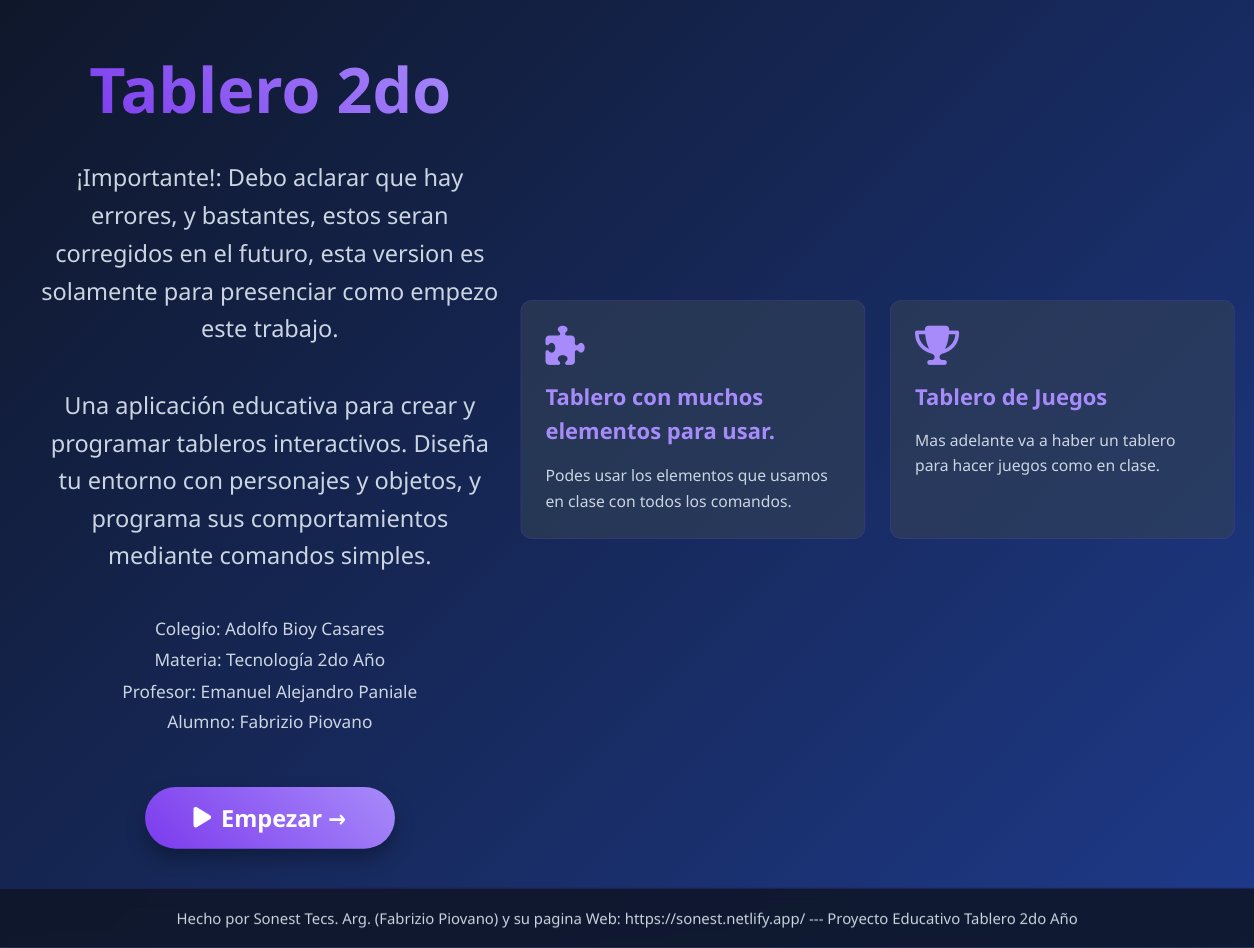
Repository: FabriDevelope/tablero2do
Page: index.html
An editor plug-in stored every save of this project. The page is shown before and after the next save, followed by the edit.
The browser window is 1280 px wide. The pictures show the whole page, at 98% of full size.

Above is the page before, as saved 2025-08-17 16:28:16.

### index.html
<!DOCTYPE html>
<html lang="es">
<head>
    <meta charset="UTF-8">
    <meta name="viewport" content="width=device-width, initial-scale=1.0">
    <title>Tablero 2do - Inicio</title>
    <link rel="stylesheet" href="style.css">
    <link rel="stylesheet" href="https://cdnjs.cloudflare.com/ajax/libs/font-awesome/6.4.0/css/all.min.css">
</head>
    <style>
        :root {
            --bg-primary: #0f172a;
            --bg-secondary: #1e293b;
            --bg-tertiary: #334155;
            --accent-color: #7c3aed;
            --accent-secondary: #a78bfa;
            --text-primary: #f1f5f9;
            --text-secondary: #cbd5e1;
            --success: #10b981;
            --error: #ef4444;
            --warning: #f59e0b;
            --border-radius: 12px;
            --transition: all 0.4s cubic-bezier(0.175, 0.885, 0.32, 1.275);
        }

        /* Tema claro */
        .light-theme {
          --bg-primary: #f0f2f5;
          --bg-secondary: #ffffff;
          --bg-tertiary: #e4e6eb;
          --accent-color: #6a5af9;
          --accent-secondary: #8c7cf0;
          --text-primary: #1c1e21;
          --text-secondary: #65676b;
        }

        * {
            margin: 0;
            padding: 0;
            box-sizing: border-box;
            font-family: 'Segoe UI', Tahoma, Geneva, Verdana, sans-serif;
        }

        body {
            background: linear-gradient(135deg, var(--bg-primary) 0%, #1e3a8a 100%);
            min-height: 100vh;
            display: flex;
            flex-direction: column;
            color: var(--text-primary);
            line-height: 1.6;
            overflow-x: hidden;
        }

        header {
            background: rgba(30, 41, 59, 0.9);
            backdrop-filter: blur(10px);
            color: white;
            padding: 15px 0;
            box-shadow: 0 4px 20px rgba(0, 0, 0, 0.4);
            position: sticky;
            top: 0;
            z-index: 100;
        }

        .tabs {
            display: flex;
            max-width: 1400px;
            margin: 0 auto;
            padding: 0 20px;
        }

        .tab {
            padding: 12px 24px;
            cursor: pointer;
            border-radius: var(--border-radius);
            transition: var(--transition);
            font-weight: 500;
            background: var(--bg-tertiary);
            color: var(--text-secondary);
            margin-right: 10px;
            display: flex;
            align-items: center;
            gap: 8px;
        }

        .tab.active {
            background: var(--accent-color);
            color: white;
            font-weight: bold;
            box-shadow: 0 4px 15px rgba(124, 58, 237, 0.4);
        }

        .tab:not(.active):hover {
            background: #475569;
            color: var(--text-primary);
            transform: translateY(-2px);
        }

        .container {
            max-width: 1400px;
            margin: 0 auto;
            padding: 20px;
            flex: 1;
            display: flex;
            justify-content: center;
            align-items: center;
        }

        .hero {
            display: flex;
            flex-direction: column;
            justify-content: center;
            align-items: center;
            min-height: 80vh;
            text-align: center;
            padding: 20px;
            max-width: 800px;
            margin: 0 auto;
        }

        .title {
            font-size: 4rem;
            margin-bottom: 20px;
            opacity: 0;
            transform: scale(0.8);
            animation: fadeInZoom 0.8s forwards;
            background: linear-gradient(45deg, var(--accent-color), var(--accent-secondary));
            -webkit-background-clip: text;
            background-clip: text;
            color: transparent;
            font-weight: 700;
        }

        .subtitle {
            font-size: 1.5rem;
            margin-bottom: 40px;
            max-width: 800px;
            opacity: 0;
            animation: fadeIn 0.8s forwards 0.4s;
            color: var(--text-secondary);
        }

        .info-text {
            color: var(--text-secondary);
            font-size: 1.1rem;
            opacity: 0;
            animation: fadeIn 0.8s forwards 0.6s;
            margin-bottom: 50px;
            line-height: 1.8;
            text-align: center;
        }


        .features {
            display: grid;
            grid-template-columns: repeat(2, 1fr);
            gap: 25px;
            margin-bottom: 50px;
            width: 100%;
            opacity: 0;
            animation: fadeIn 0.8s forwards 0.6s;
        }

        @media (max-width: 768px) {
            .features {
                grid-template-columns: 1fr;
            }
        }

        .feature {
            background: rgba(51, 65, 85, 0.6);
            border-radius: var(--border-radius);
            padding: 25px;
            border: 1px solid rgba(124, 58, 237, 0.2);
            text-align: left;
            transition: var(--transition);
        }

        .feature:hover {
            transform: translateY(-5px);
            box-shadow: 0 15px 25px rgba(0, 0, 0, 0.3);
            border-color: var(--accent-secondary);
        }

        .feature i {
            font-size: 2.5rem;
            color: var(--accent-secondary);
            margin-bottom: 15px;
        }

        .feature h3 {
            color: var(--accent-secondary);
            margin-bottom: 15px;
            font-size: 1.4rem;
        }

        .feature p {
            color: var(--text-secondary);
            line-height: 1.6;
        }

        .start-btn {
            background: linear-gradient(45deg, var(--accent-color), var(--accent-secondary));
            color: white;
            border: none;
            padding: 15px 50px;
            font-size: 1.5rem;
            font-weight: bold;
            border-radius: 50px;
            cursor: pointer;
            transition: var(--transition);
            display: flex;
            align-items: center;
            gap: 10px;
            opacity: 0;
            animation: fadeIn 0.8s forwards 0.8s;
            box-shadow: 0 10px 20px rgba(0, 0, 0, 0.3);
        }

        .start-btn:hover {
            transform: translateY(-5px);
            box-shadow: 0 15px 25px rgba(0, 0, 0, 0.4);
        }

        .start-btn:active {
            transform: translateY(0);
        }

        @keyframes fadeInZoom {
            from {
                opacity: 0;
                transform: scale(0.8);
            }
            to {
                opacity: 1;
                transform: scale(1);
            }
        }

        @keyframes fadeIn {
            from { opacity: 0; }
            to { opacity: 1; }
        }

        .fade-out {
            animation: fadeOut 0.8s forwards;
        }

        @keyframes fadeOut {
            from {
                opacity: 1;
                transform: translateY(0);
            }
            to {
                opacity: 0;
                transform: translateY(-50px);
            }
        }

        @keyframes pulse {
            0%, 100% { opacity: 0.5; transform: scale(0.95); }
            50% { opacity: 1; transform: scale(1); }
        }

        footer {
            background: rgba(15, 23, 42, 0.9);
            backdrop-filter: blur(10px);
            color: var(--text-secondary);
            text-align: center;
            padding: 18px;
            font-size: 0.95rem;
            margin-top: auto;
            border-top: 1px solid rgba(124, 58, 237, 0.2);
        }
    </style>
<body>
    <div class="container">
        <div class="hero">
            <h1 class="title">Tablero 2do</h1>
            <p class="subtitle">¡Importante!: Debo aclarar que hay errores, y bastantes, estos seran corregidos en el futuro, esta version es solamente para presenciar como empezo este trabajo.</p>
            <p class="subtitle">Una aplicación educativa para crear y programar tableros interactivos. Diseña tu entorno con personajes y objetos, y programa sus comportamientos mediante comandos simples.</p>
            <div class="info-text">
                <p>Colegio: Adolfo Bioy Casares</p>
                <p>Materia: Tecnología 2do Año</p>
                <p>Profesor: Emanuel Alejandro Paniale</p>
                <p>Alumno: Fabrizio Piovano</p>
            </div>

            <button id="startBtn" class="start-btn">
                <i class="fas fa-play"></i> Empezar →
            </button>
        </div>

        <div class="game-preview"></div>

        <div class="features">
            <div class="feature">
                <i class="fas fa-puzzle-piece"></i>
                <h3>Tablero con muchos elementos para usar.</h3>
                <p>Podes usar los elementos que usamos en clase con todos los comandos.</p>
            </div>
            <div class="feature">
                <i class="fas fa-trophy"></i>
                <h3>Tablero de Juegos</h3>
                <p>Mas adelante va a haber un tablero para hacer juegos como en clase.</p>
            </div>
        </div>
    </div>

    <footer>
        Hecho por Sonest Tecs. Arg. (Fabrizio Piovano) y su pagina Web: https://sonest.netlify.app/ --- Proyecto Educativo Tablero 2do Año
    </footer>

    <script>
        document.addEventListener('DOMContentLoaded', function() {
            const startBtn = document.getElementById('startBtn');

            startBtn.addEventListener('click', function() {
                // Animación de salida
                document.querySelector('.hero').classList.add('fade-out');

                // Redirigir después de la animación
                setTimeout(function() {
                    window.location.href = 'tablero-normal.html';
                }, 800);
            });
        });
    </script>
</body>
</html>

Loaded but not shown: style.css (900 lines, source omitted)

After the next save:
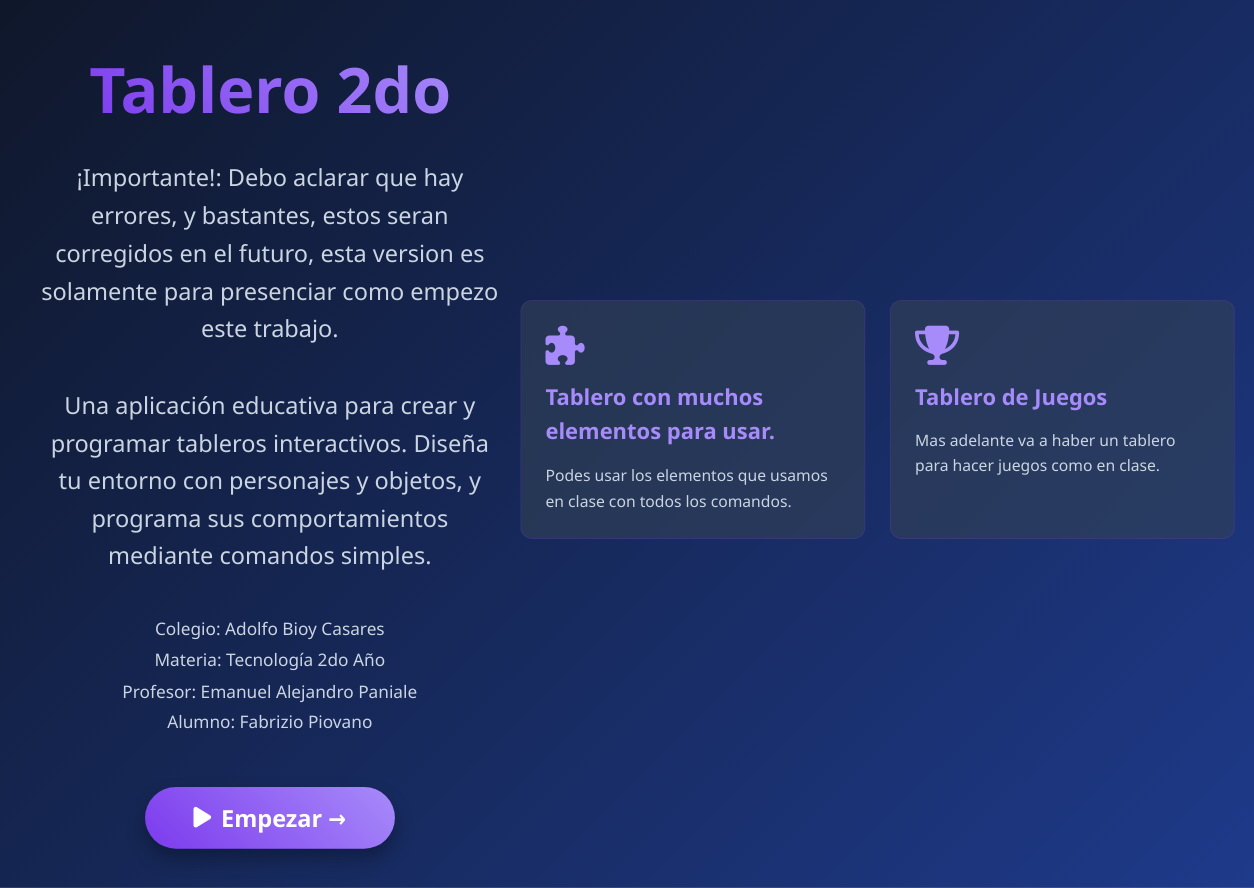
Saved 5 days later.
--- a/index.html
+++ b/index.html
@@ -307,10 +307,6 @@
         </div>
     </div>
 
-    <footer>
-        Hecho por Sonest Tecs. Arg. (Fabrizio Piovano) y su pagina Web: https://sonest.netlify.app/ --- Proyecto Educativo Tablero 2do Año
-    </footer>
-
     <script>
         document.addEventListener('DOMContentLoaded', function() {
             const startBtn = document.getElementById('startBtn');
